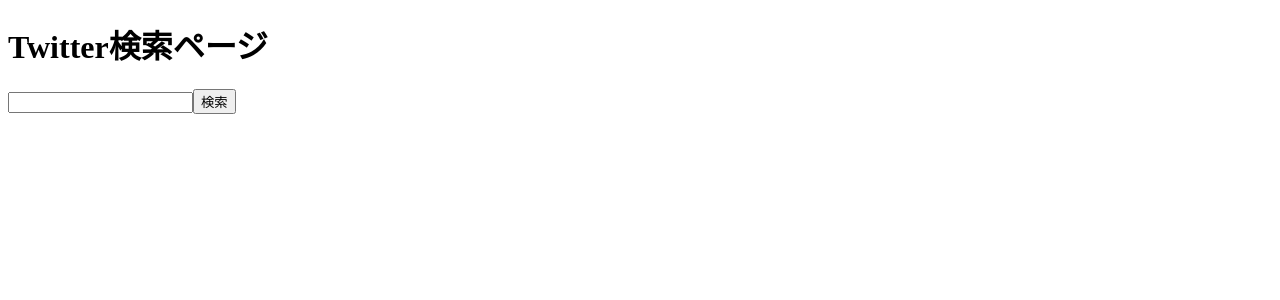
Repository: KoichiBato/twitter_app
Page: http://localhost/twitter_test/TweetServlet
The author's editor kept a copy of each file at every save. The page is drawn from the files as they stood at one save, then again after the next save.
The browser window is 1280 px wide. The pictures show the whole page.
The page is served by Tomcat 9.

Above is the page before, as saved 2020-03-25 12:45:49.

After the next save:
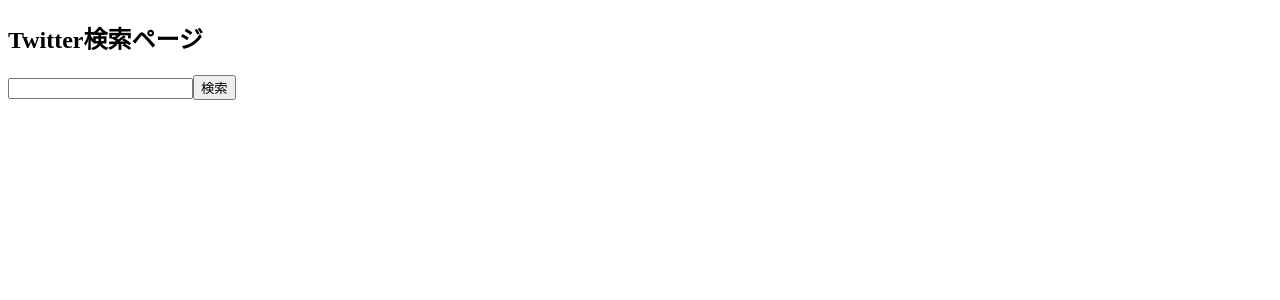
Saved 40 s later.
--- a/twitter-workspace/twitter_test/WebContent/WEB-INF/jsp/search.jsp
+++ b/twitter-workspace/twitter_test/WebContent/WEB-INF/jsp/search.jsp
@@ -7,7 +7,7 @@
 <title>Twitter検索</title>
 </head>
 <body>
-<h1>Twitter検索ページ</h1>
+<h2>Twitter検索ページ</h2>
 <form action="/twitter_test/TweetServlet" method="post">
 <input type="text" name="search"><input type="submit" value="検索">
 </form>
